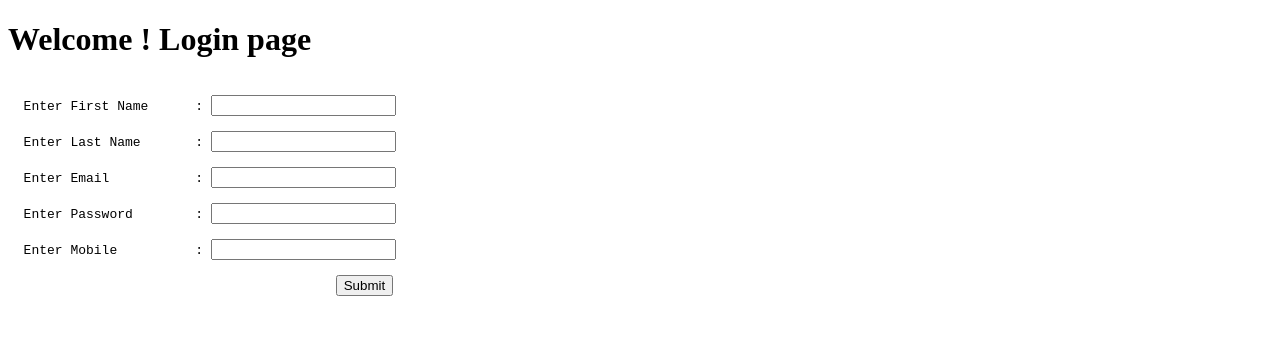
Repository: Takshmalviya1995/Spring-all-curd-operation
Page: http://localhost/zohoadminboot/WEB-INF/jsp/user.jsp
These files come from the project's save history. The page is drawn as it stood at one moment and after the next save; the edit follows.
The browser window is 1280 px wide. The pictures show the whole page.
The page is served by Tomcat 9. Nobody is signed in. The template is opened directly, without the code that normally fills it, so the values that code supplies are empty.

Above is the page before, as saved 2018-07-30 12:47:58.

After the next save:
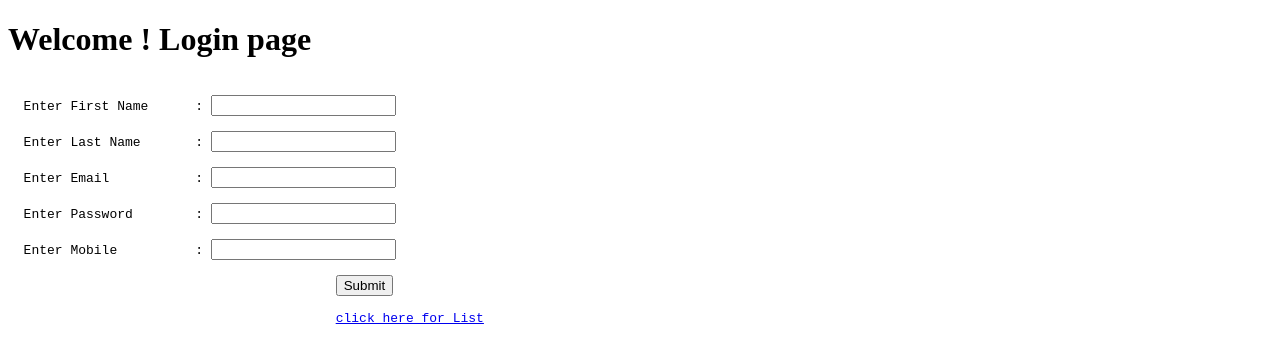
Saved 3 min 13 s later.
--- a/Spring Boot Curd Operation/zohoboot/zohoadminboot/src/main/webapp/WEB-INF/jsp/user.jsp
+++ b/Spring Boot Curd Operation/zohoboot/zohoadminboot/src/main/webapp/WEB-INF/jsp/user.jsp
@@ -24,6 +24,8 @@
   Enter Mobile		: <form:input path="mobileno"/>
 
   					  <input type="submit" value="Submit"/>
+
+  					  <a href="list">click here for List</a>
   					  <!-- <a href="userRegistration.do">Click Here For Registration!!</a>
   					  <a href="product.do">Click Here For product</a> -->
   </pre>
